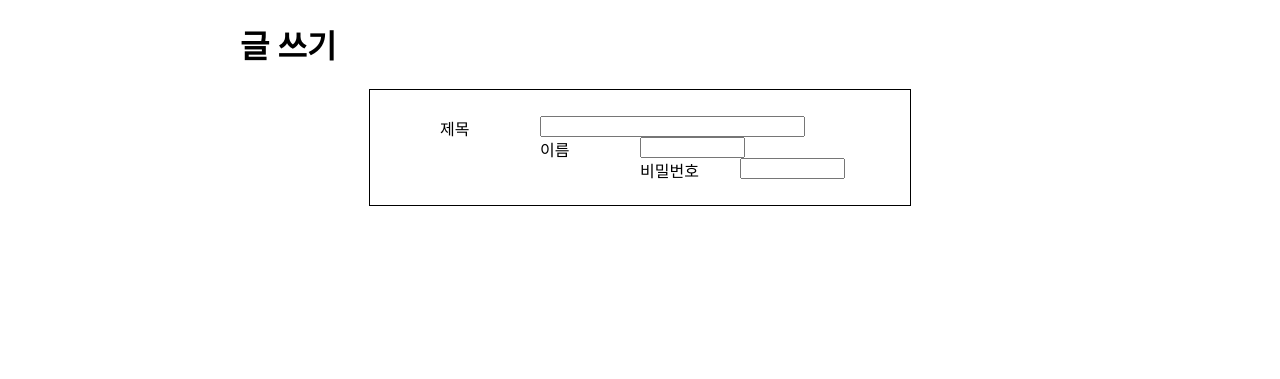
Repository: coolSummer1119/study
Page: http://localhost/ch03_Jsp/ch18_board/writeForm.jsp
An editor plug-in stored every save of this project. The page is shown before and after the next save, followed by the edit.
The browser window is 1280 px wide. The pictures show the whole page.
The page is served by Tomcat 9. Other server files are loaded and not shown.

Above is the page before, as saved 2024-04-30 07:13:24.

### workspace/ch03_Jsp/src/main/webapp/ch18_board/writeForm.jsp
<%@ page language="java" contentType="text/html; charset=UTF-8"
    pageEncoding="UTF-8"%>
<!DOCTYPE html>
<html>
<head>
<meta charset="UTF-8">
<title>글 쓰기</title>
<link rel="stylesheet" href="<%= request.getContextPath() %>/CSS/style.css" type="text/css">
</head>
<body>
<div class="page-main">
	<h1>글 쓰기</h1>
	<form id="write_form" action="write.jsp" method="post">
		<ul>
			<li>
				<label for="title">제목</label>
				<input type="text" name="title" id="title" size="30" maxlength="50">
			</li>
			<li>
				<label for="name">이름</label>
				<input type="text" name="name" id="name" size="10" maxlength="10">
			</li>
			<li>
				<label for="passwd">비밀번호</label>
				<input type="password" name="passwd" id="passwd" size="10" maxlength="12">
			</li>
		</ul>
	</form>
</div>
</body>
</html>

### workspace/ch03_Jsp/src/main/webapp/CSS/style.css
@charset "UTF-8";


body{
	padding: 0;
	margin: 0;
}
.page-main{
	width: 800px;
	margin: 0 auto;/* 중앙정렬 */

}
.result-display{
	width: 400px;
	height: 200px;
	margin: 50px auto;
	border: 1px solid #000;
	display: flex;
	align-content: center;/* 세로정렬 */
	justify-content: center;/* 가로정렬 */

}
.align-center{
	text-align: center;
}
.align-right{
	text-align: right;
}
/* 목록 */
table{
	width: 100%;
	border: 1px solid #000;
	border-collapse: collapse;
	margin-top: 5px;
}
table td, table th{
	border: 1px solid #000;
	padding: 5px;
}
/* 등록, 수정폼 */
form{
	width: 500px;
	margin: 0 auto;
	border: 1px solid #000;
	padding: 10px 10px 10px 30px;
}
ul{
	list-style: none;
}
label {
	width: 100px;
	float: left; /* 태그를 왼쪽으로 정렬 */
}

After the next save:
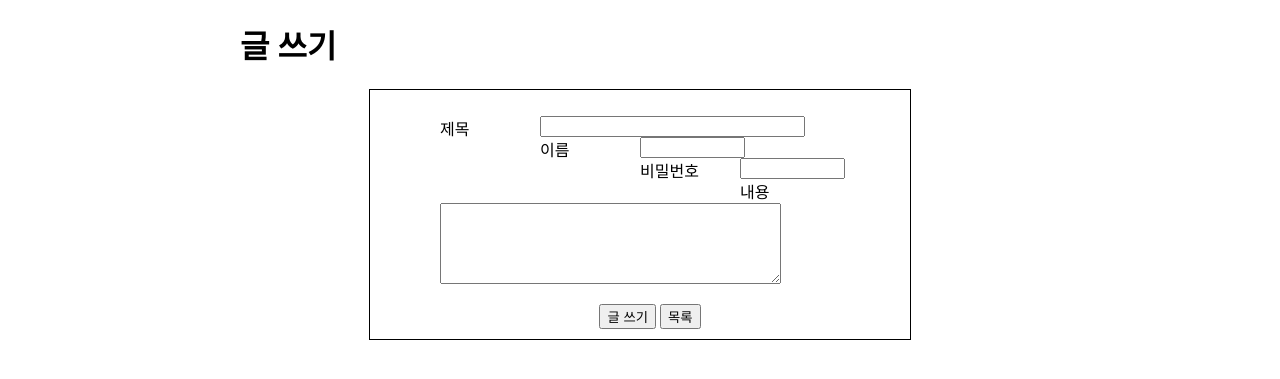
Saved 2 min 35 s later.
--- a/workspace/ch03_Jsp/src/main/webapp/ch18_board/writeForm.jsp
+++ b/workspace/ch03_Jsp/src/main/webapp/ch18_board/writeForm.jsp
@@ -24,7 +24,15 @@
 				<label for="passwd">비밀번호</label>
 				<input type="password" name="passwd" id="passwd" size="10" maxlength="12">
 			</li>
+			<li>
+				<label for="content">내용</label>
+				<textarea rows="5" cols="40" name="content" id="content"></textarea>
+			</li>
 		</ul>
+		<div class="align-center">
+			<input type="submit" value="글 쓰기">
+			<input type="button" value="목록" onclick="location.href='list.jsp'">
+		</div>
 	</form>
 </div>
 </body>
